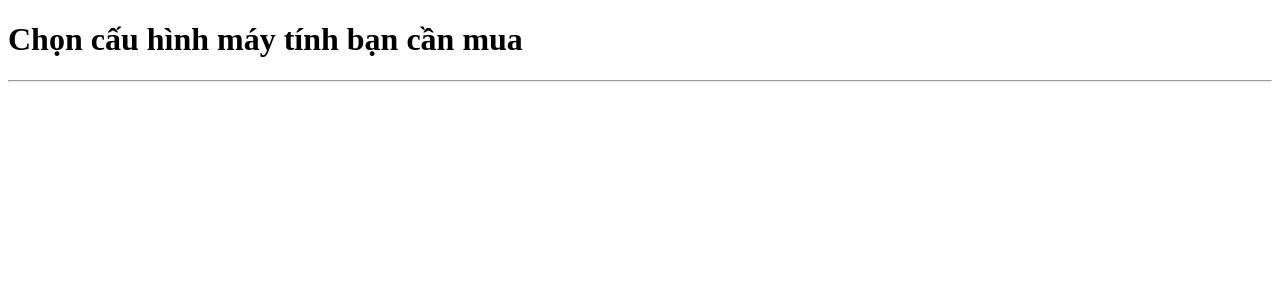
Repository: vnmk1/jsp_servlet-tutorials
Page: http://localhost/Bai7_BaiTapJSP/muaMayTinh.jsp
An editor plug-in stored every save of this project. The page is shown before and after the next save, followed by the edit.
The browser window is 1280 px wide. The pictures show the whole page.
The page is served by Tomcat 9.

Above is the page before, as saved 2023-07-19 08:25:50.

After the next save:
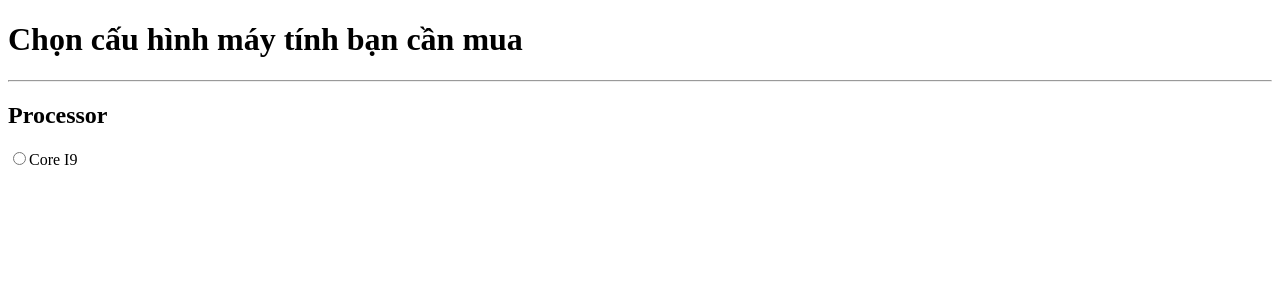
Saved 73 s later.
--- a/Bai7_BaiTapJSP/src/main/webapp/muaMayTinh.jsp
+++ b/Bai7_BaiTapJSP/src/main/webapp/muaMayTinh.jsp
@@ -10,7 +10,8 @@
 	<h1>Chọn cấu hình máy tính bạn cần mua</h1>
 	<hr/>
 	<form>
-
+		<h2>Processor</h2>
+		<input type ="radio" value = "CoreI9" name = "processor">Core I9 </input>
 	</form>
 </body>
 </html>
